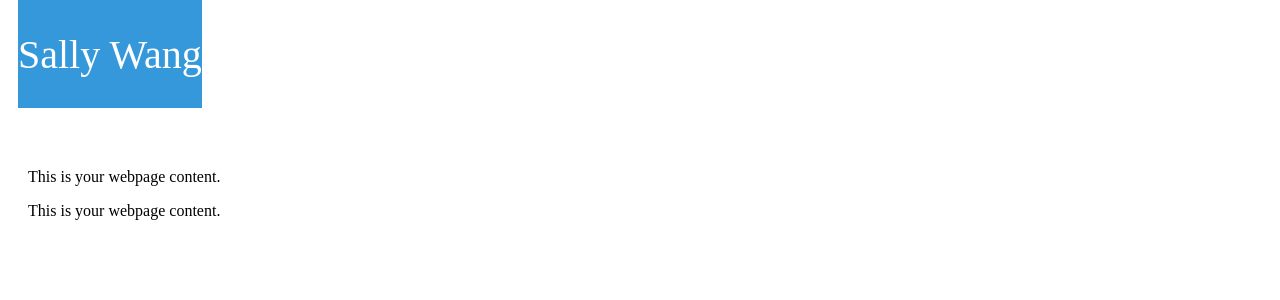
Repository: tianjiewang2022/tianjiewang2022.github.io
Page: index.html
These files come from the project's save history. The page is drawn as it stood at one moment and after the next save; the edit follows.
The browser window is 1280 px wide. The pictures show the whole page.

Above is the page before, as saved 2023-10-01 22:27:01.

After the next save:
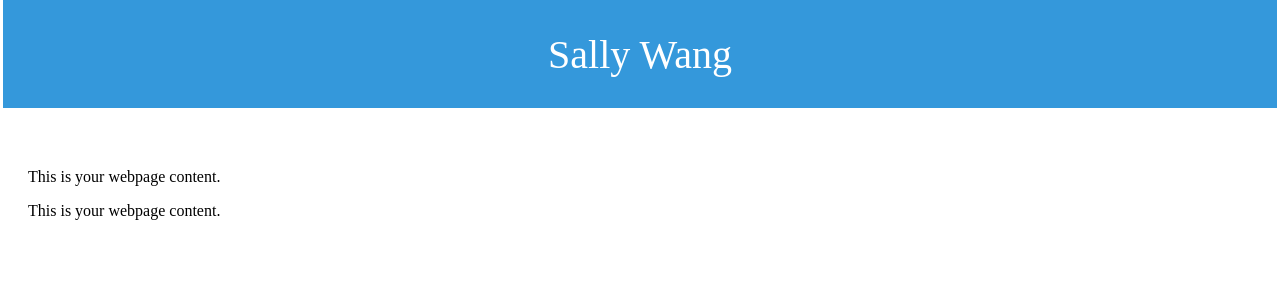
Saved 9 s later.
--- a/index.html
+++ b/index.html
@@ -19,6 +19,8 @@
                 position: fixed;
                 top: 0;
                 height: 15%;
+                left: 3px;
+                right: 3px;
                 /* Adjust the header height as needed */
                 display: flex;
                 align-items: center;
